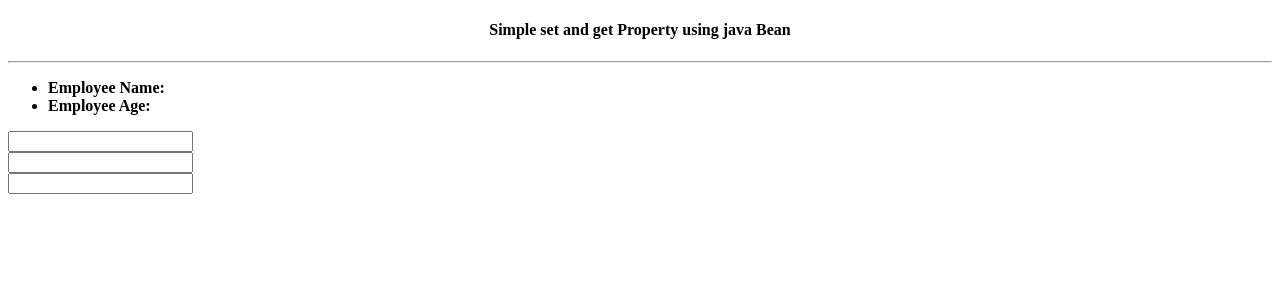
Repository: imrangthub/BlogUsingCoreJava
Page: http://localhost/StartingJsp_00/ExpressionLanguageOfJsp/simpleSetGetPropertytoBeanExpLn.jsp
An editor plug-in stored every save of this project. The page is shown before and after the next save, followed by the edit.
The browser window is 1280 px wide. The pictures show the whole page.
The page is served by Tomcat 9. Other server files are loaded and not shown.

Above is the page before, as saved 2016-12-26 03:38:11.

### StartingJsp_00/WebContent/ExpressionLanguageOfJsp/simpleSetGetPropertytoBeanExpLn.jsp
<%@ page language="java" contentType="text/html; charset=ISO-8859-1"
    pageEncoding="ISO-8859-1"%>
<!DOCTYPE html PUBLIC "-//W3C//DTD HTML 4.01 Transitional//EN" "http://www.w3.org/TR/html4/loose.dtd">
<html>
<head>
<meta http-equiv="Content-Type" content="text/html; charset=ISO-8859-1">
<title>set&get Bean</title>
</head>
<body>
<h4 align="center">Simple set and get Property using java Bean</h4>
<hr/>

<ul>
<li><b>Employee Name: </b>  </li>
<li><b>Employee Age: </b>    </li>
</ul>

<form action="" method="post">
<input type="text" name="name"/><br/>
<input type="text" name="age" /><br/>
<input type="submit/>"

</form>
</body>
</html>

After the next save:
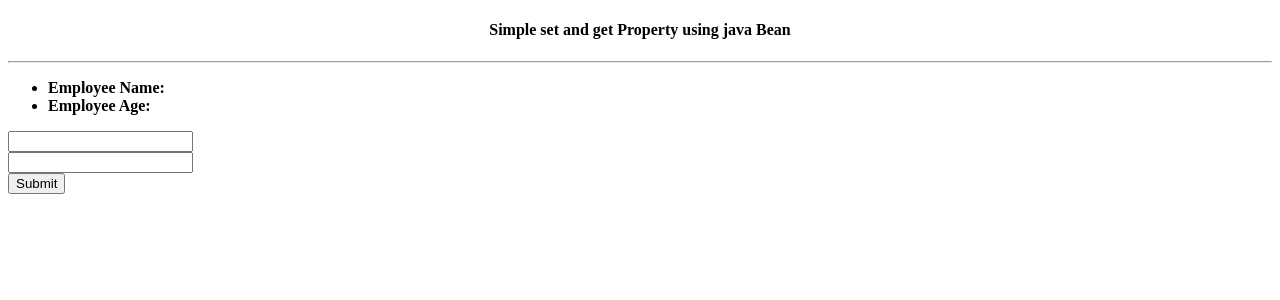
Saved 7 s later.
--- a/StartingJsp_00/WebContent/ExpressionLanguageOfJsp/simpleSetGetPropertytoBeanExpLn.jsp
+++ b/StartingJsp_00/WebContent/ExpressionLanguageOfJsp/simpleSetGetPropertytoBeanExpLn.jsp
@@ -18,7 +18,7 @@
 <form action="" method="post">
 <input type="text" name="name"/><br/>
 <input type="text" name="age" /><br/>
-<input type="submit/>"
+<input type="submit" />
 
 </form>
 </body>
